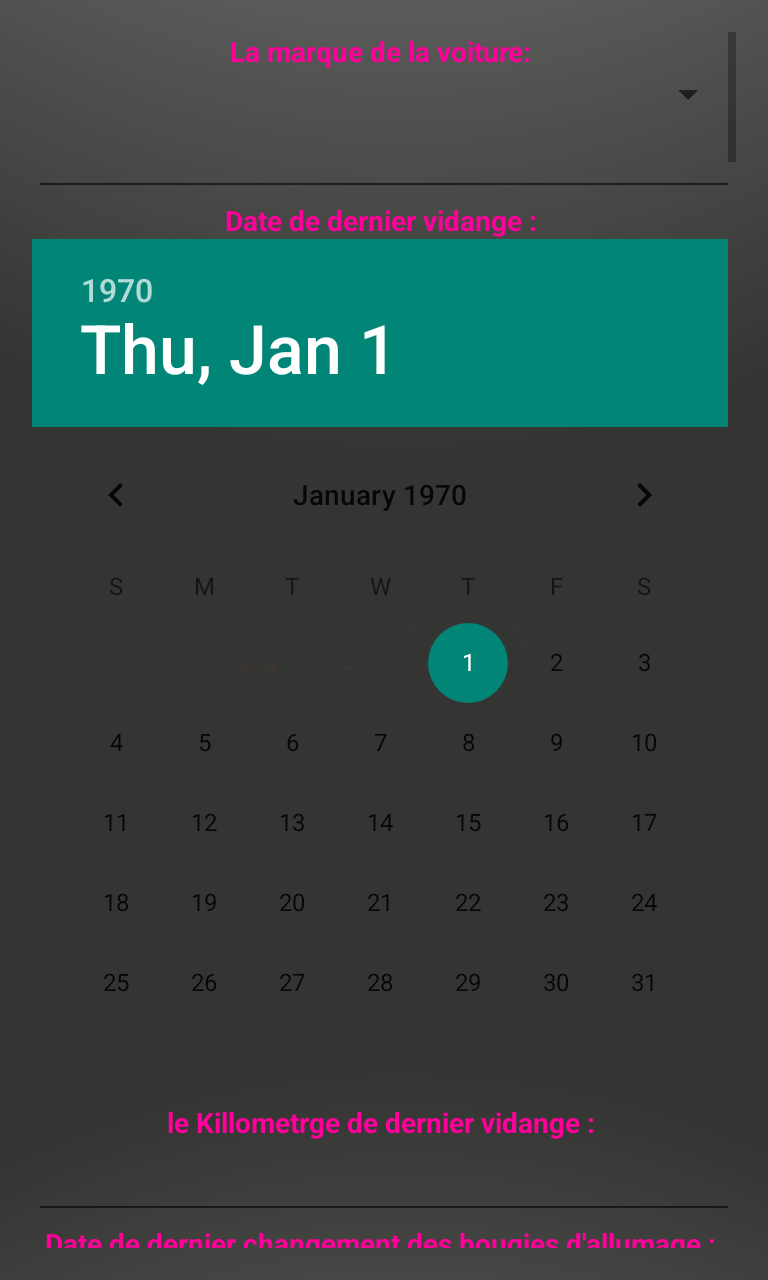
Repository: TrifiAmanallah/Car-Doctor-app
Layout: Car_Doctor v.9/Car_Doctor/res/layout/activity_formulaire.xml
An editor plug-in stored every save of this project. The layout is shown before and after the next save, followed by the edit.
It is drawn on a 768 x 1280 px phone screen (xhdpi) without system bars, with theme AppTheme; the app's code is not run.

Above is the layout before, as saved 2015-02-27 18:27:52.

After the next save:
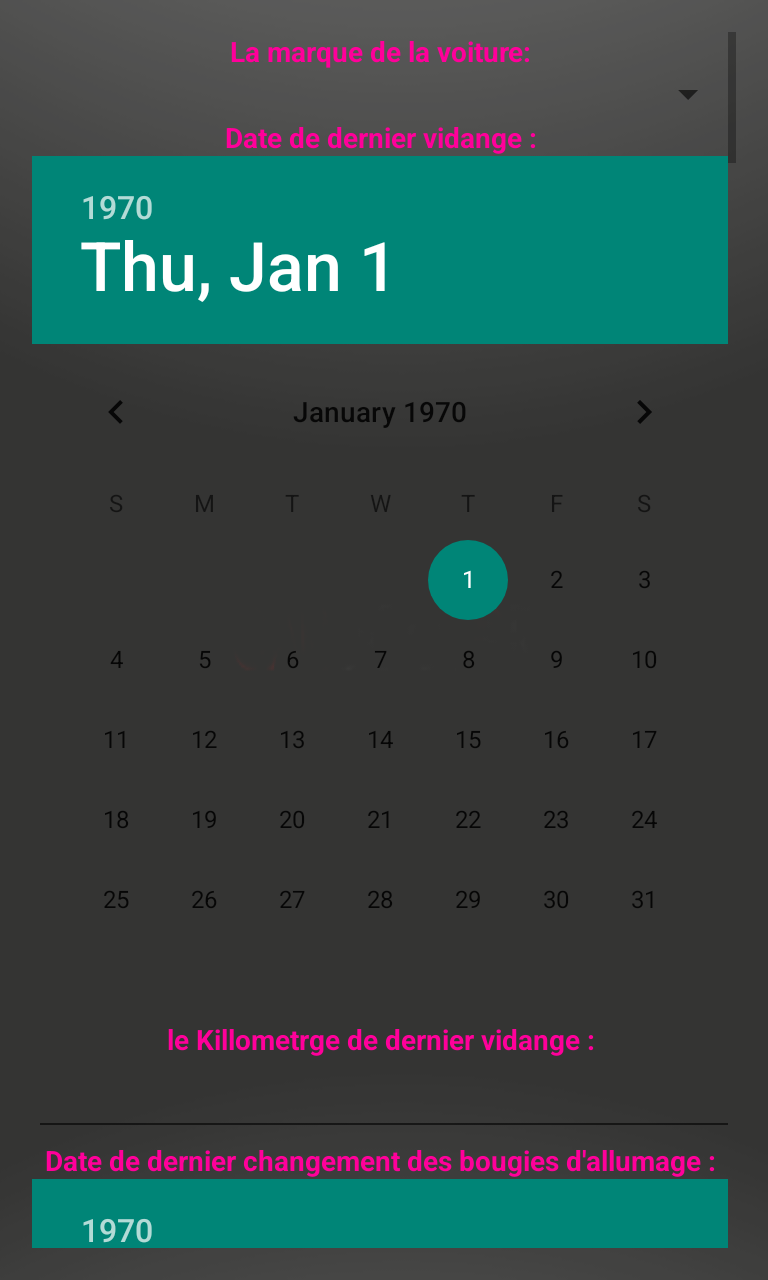
Saved 3 min 46 s later.
--- a/Car_Doctor v.9/Car_Doctor/res/layout/activity_formulaire.xml
+++ b/Car_Doctor v.9/Car_Doctor/res/layout/activity_formulaire.xml
@@ -32,14 +32,6 @@ android:gravity="center"
     android:id="@+id/marks_spinner"
     android:layout_width="fill_parent"
     android:layout_height="wrap_content" />
-<EditText
-android:id="@+id/editText1"
-android:layout_width="fill_parent"
-android:layout_height="wrap_content"
-android:textColor="#00fff9"
-android:inputType="numberDecimal"
-android:maxLength="7"
-/>
 <TextView
 android:layout_width="fill_parent"
 android:layout_height="wrap_content"
